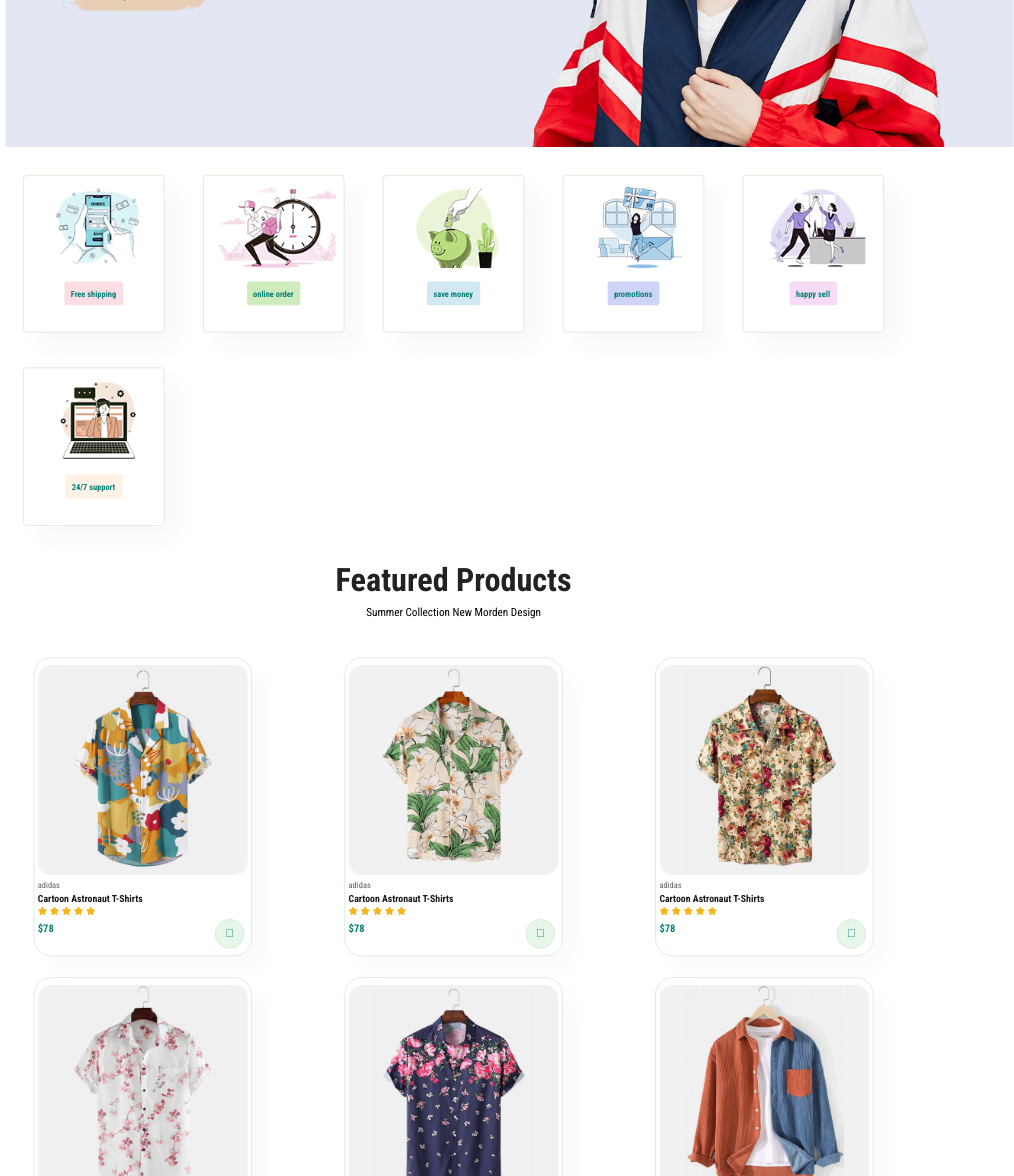
Repository: nhutduy-1905/web_coban
Page: src/index/index.html
The author's editor kept a copy of each file at every save. The page is drawn from the files as they stood at one save, then again after the next save.
The browser window is 1280 px wide. The page is 1448 px wide, so the pictures cover 1448 px, including what lies to the right of the window. The pictures show the part of the page from y = 530 to 2210 px (the page is 3827 px tall before and 3785 px after), at 70% of full size.

Above is the page before, as saved 2024-11-19 21:56:25.

### src/index/index.html
<!DOCTYPE html>
<html lang="en">
<!-- Khai báo định dạng tài liệu HTML và ngôn ngữ là tiếng Anh -->

<head>
    <meta charset="UTF-8">
    <!-- Thiết lập bộ ký tự của trang là UTF-8 -->
    <meta name="viewport" content="width=device-width, initial-scale=1.0">
    <!-- Điều chỉnh để trang hiển thị tốt trên mọi thiết bị, đặc biệt là thiết bị di động -->
    <link rel="stylesheet" href="../benefit/benefit.css">
    <link rel="stylesheet" href="../index/main.css">
    <link rel="stylesheet" href="../product/product.css">
    <link rel="stylesheet" href="../product/item.css">
    <link rel="preconnect" href="https://fonts.googleapis.com">
    <link rel="preconnect" href="https://fonts.gstatic.com" crossorigin>
     <!-- link sao -->
    <link rel="preconnect" href="https://fonts.googleapis.com">
<link rel="preconnect" href="https://fonts.gstatic.com" crossorigin>
<link href="https://fonts.googleapis.com/css2?family=Roboto+Condensed:ital,wght@0,100..900;1,100..900&family=Roboto:ital,wght@0,100;0,300;0,400;0,500;0,700;0,900;1,100;1,300;1,400;1,500;1,700;1,900&display=swap" rel="stylesheet">
     <link rel="stylesheet" href="product.css">
     <!-- link giỏ hàng -->
     <link rel="stylesheet" href="https://pro.fontawesome.com/releases/v5.15.4/css/all.css">
    <title>Super Value Deals</title>
    <!-- Tiêu đề của trang web hiển thị trên tab của trình duyệt -->
</head>

<body>

    <section id="header">
        <a href="#"><img src="../../images/logo.png" class="logo" alt="Logo"></a>
        <div>
            <div id="nvbar">
                <div class="active">Home</div>
                <div>Shop</div>
                <div>Blog</div>
                <div>About</div>
                <div>Contact</div>
                <div>
                    <img src = "../../shopping-bag.png" alt = "Logo" style="width: 25px";>
                </div>
            </div>
        </div>
    </section>
    <Section id ="hero">
        <h4>Trade-in-offer</h4>
        <h2>Super value deals</h2>
        <h1>On all Products</h1>
        <p>save more with coupons & up to 70% off!</p>
        <button>Shop now</button>
    </Section>


    <section id ="featured">
        <div class = "fe-box">
            <img  class = "magic-1"src = "../../images/features/f1.png" alt ="">
            <h6>Free shipping</h6>
        </div>
        <div class = "fe-box">
            <img src = "../../images/features/f2.png" alt ="">
            <h6>online order</h6>
        </div>
        <div class = "fe-box">
            <img src = "../../images/features/f3.png" alt ="">
            <h6>save money</h6>
        </div>
        <div class = "fe-box">
            <img src = "../../images/features/f4.png" alt ="">
            <h6>promotions</h6>
        </div>
        <div class = "fe-box">
            <img src = "../../images/features/f5.png" alt ="">
            <h6>happy sell</h6>
        </div>
        <div class = "fe-box">
            <img  class = "magic-2" src = "../../images/features/f6.png" alt ="">
            <h6>24/7 support</h6>
        </div>
    </section>

    <section id ="product1" class = "section-p1">
        <h2>Featured Products</h2>
        <p>Summer Collection New Morden Design</p>
        <div class ="pro-container">
            <div class ="pro">
                <img src ="../../images/products/f1.jpg" alt ="">
                <div class ="des">
                    <span>adidas</span>
                    <h5> Cartoon Astronaut T-Shirts</h5>
                    <div class ="star">
                        <i class="fas fa-star"></i>
                        <i class="fas fa-star"></i>
                        <i class="fas fa-star"></i>
                        <i class="fas fa-star"></i>
                        <i class="fas fa-star"></i>
                    </div>
                    <h4>$78</h4>
                </div>
                   <a href ="#"><i class="fal fa-shopping-cart cart"></i></a>
            </div>
            <div class ="pro">
                <img src ="../../images/products/f2.jpg" alt ="">
                <div class ="des">
                    <span>adidas</span>
                    <h5> Cartoon Astronaut T-Shirts</h5>
                    <div class ="star">
                        <i class="fas fa-star"></i>
                        <i class="fas fa-star"></i>
                        <i class="fas fa-star"></i>
                        <i class="fas fa-star"></i>
                        <i class="fas fa-star"></i>
                    </div>
                    <h4>$78</h4>
                </div>
                   <a href ="#"><i class="fal fa-shopping-cart cart"></i></a>
            </div>
            <div class ="pro">
                <img src ="../../images/products/f3.jpg" alt ="">
                <div class ="des">
                    <span>adidas</span>
                    <h5> Cartoon Astronaut T-Shirts</h5>
                    <div class ="star">
                        <i class="fas fa-star"></i>
                        <i class="fas fa-star"></i>
                        <i class="fas fa-star"></i>
                        <i class="fas fa-star"></i>
                        <i class="fas fa-star"></i>
                    </div>
                    <h4>$78</h4>
                </div>
                   <a href ="#"><i class="fal fa-shopping-cart cart"></i></a>
            </div>
            <div class ="pro">
                <img src ="../../images/products/f4.jpg" alt ="">
                <div class ="des">
                    <span>adidas</span>
                    <h5> Cartoon Astronaut T-Shirts</h5>
                    <div class ="star">
                        <i class="fas fa-star"></i>
                        <i class="fas fa-star"></i>
                        <i class="fas fa-star"></i>
                        <i class="fas fa-star"></i>
                        <i class="fas fa-star"></i>
                    </div>
                    <h4>$78</h4>
                </div>
                   <a href ="#"><i class="fal fa-shopping-cart cart"></i></a>
            </div>
            <div class ="pro">
                <img src ="../../images/products/f5.jpg" alt ="">
                <div class ="des">
                    <span>adidas</span>
                    <h5> Cartoon Astronaut T-Shirts</h5>
                    <div class ="star">
                        <i class="fas fa-star"></i>
                        <i class="fas fa-star"></i>
                        <i class="fas fa-star"></i>
                        <i class="fas fa-star"></i>
                        <i class="fas fa-star"></i>
                    </div>
                    <h4>$78</h4>
                </div>
                   <a href ="#"><i class="fal fa-shopping-cart cart"></i></a>
            </div>
            <div class ="pro">
                <img src ="../../images/products/f6.jpg" alt ="">
                <div class ="des">
                    <span>adidas</span>
                    <h5> Cartoon Astronaut T-Shirts</h5>
                    <div class ="star">
                        <i class="fas fa-star"></i>
                        <i class="fas fa-star"></i>
                        <i class="fas fa-star"></i>
                        <i class="fas fa-star"></i>
                        <i class="fas fa-star"></i>
                    </div>
                    <h4>$78</h4>
                </div>
                   <a href ="#"><i class="fal fa-shopping-cart cart"></i></a>
            </div>
            <div class ="pro">
                <img src ="../../images/products/f7.jpg" alt ="">
                <div class ="des">
                    <span>adidas</span>
                    <h5> Cartoon Astronaut T-Shirts</h5>
                    <div class ="star">
                        <i class="fas fa-star"></i>
                        <i class="fas fa-star"></i>
                        <i class="fas fa-star"></i>
                        <i class="fas fa-star"></i>
                        <i class="fas fa-star"></i>
                    </div>
                    <h4>$78</h4>
                </div>
                   <a href ="#"><i class="fal fa-shopping-cart cart"></i></a>
            </div>
            <div class ="pro">
                <img src ="../../images/products/f8.jpg" alt ="">
                <div class ="des">
                    <span>adidas</span>
                    <h5> Cartoon Astronaut T-Shirts</h5>
                    <div class ="star">
                        <i class="fas fa-star"></i>
                        <i class="fas fa-star"></i>
                        <i class="fas fa-star"></i>
                        <i class="fas fa-star"></i>
                        <i class="fas fa-star"></i>
                    </div>
                    <h4>$78</h4>
                </div>
                   <a href ="#"><i class="fal fa-shopping-cart cart"></i></a>
            </div>
        </div>

    </section>

    <section id = "banner3">
        <div class = "banner-box">
            <h2>SEASONAL SALE </h2>
            <h3>Winter Collection -50% OFF</h3>
        </div>
        <div class = "banner-box banner-box2">
            <h2>NEW FOOTWEAR COLLECTION </h2>
            <h3>Spring/Summer 2024</h3>
        </div>
        <div class = "banner-box banner-box3">
            <h2>T-SHIRTS</h2>
            <h3>New Trendy Prints</h3>
        </div>
     </section>
     <section id = "newsletter">
        <div class = "newtest">
            <h4>Sign Up For Newsletters</h4>
            <p>Get E-mail upadtes about us latest shop and <span>special offers.</span></p>
        </div>
        <div class = "form">
            <input type= "text" placeholder ="Your email address">
            <button class = "normal">Sign Up</button>
        </div>
     </section>

     <footer class ="section-p1">
        <div class = "col">
            <img  class = "logo" src = "../../images/logo.png" alt ="">
            <h4>Contact</h4>
            <p><strong><i>Address:</strong>Wellington Road,Street 32,San Fancisco</i></p>
            <p><strong><i>Phone: </strong>Wellington Road,Street 32,San Fancisco</i></p>
            <p><strong><i>Hours: </strong>10:00-18:00.Mon-Sat</i></p>
            <div class ="follow us">
                <h4>Follow us</h4>
                <div class = "icon">
                    <i class="fab fa-facebook-f"></i>
                    <i class="fab fa-twitter"></i>
                    <i class="fab fa-instagram"></i>
                    <i class="fab fa-pinterest-p"></i>
                    <i class="fab fa-youtube"></i>
                </div>
            </div>
        </div>

        <div class = "col">
            <h4>About</h4>
            <a href = "#">About us</a>
            <a href = "#">Delivery Information</a>
            <a href = "#">Privacy Policy</a>
            <a href = "#">Terms & Conditions</a>
            <a href = "#">Contact Us</a>
        </div>

        <div class = "col">
            <h4>My Account</h4>
            <a href = "#">Sign In</a>
            <a href = "#">View Cart</a>
            <a href = "#">My Wishlist</a>
            <a href = "#">Track My Order</a>
            <a href = "#">Help</a>
        </div>

        <div class = "col install">
            <h4 class = "col1">Install App</h4>
            <p class = "col2">From App store or Google Play</p>
            <div class ="row">
                <img src = "../../images/pay/app.jpg" alt ="">
                <img src = "../../images/pay/play.jpg" alt = "">
            </div>
            <p>Secured Payment Gateways</p>
            <img src = "../../images/pay/pay.png" alt ="">
        </div>
     </footer>

</body>
</html>

### src/benefit/benefit.css
#featured {
    display: flex;
     /* Tạo container flexbox để sắp xếp các phần tử con */
    align-items: center;
    /* Căn giữa các phần tử con theo chiều dọc (trục y) */
    justify-content: space-between;
    /* Phân phối các phần tử con cách đều nhau theo chiều ngang (trục x) */
    flex-wrap: wrap;
    /* Cho phép các phần tử con xuống dòng khi không đủ không gian */
 }

 #featured .fe-box {
    width: 170px;
    /* Đặt chiều rộng cho mỗi hộp là 120px */
    text-align: center;
    /* Căn giữa nội dung văn bản trong mỗi hộp */
     padding:   10px 15px;
     /* Khoảng đệm bên trong mỗi hộp (15px trên dưới, 10px trái phải) */
    box-shadow: 20px 20px 34px rgba(0, 0, 0, 0.03);
     /* Tạo bóng cho hộp với độ mờ nhẹ */
    border: 1px solid #cce7d0;
    /* Tạo viền màu xanh nhạt cho mỗi hộp */
    border-radius: 5px;
    /* Bo tròn góc của hộp với bán kính 4px */
     margin: 10px;
    /* Tạo khoảng cách ngoài cho mỗi hộp là 15px */
    margin-left:25px;
    margin-top: 40px;
    margin-right: 25px;

 }

 #featured .fe-box:hover {
    box-shadow: 10px 10px 54px rgba(70, 62, 221, 0.1);
    /* Tăng bóng khi di chuột qua hộp */
 }

 #featured .fe-box img {
    width: 100%;
    /* Đặt chiều rộng ảnh bằng 100% của hộp chứa */
    margin-bottom: 10px;
    /* Khoảng cách dưới của ảnh là 10px */
    padding: 5px 5px;
 }

 #featured .fe-box h6 {
   display: inline-block;
     /* Hiển thị tiêu đề h6 dưới dạng khối nội tuyến */
   padding: 12px 10px 10px 9px;
    /* Khoảng đệm bên trong tiêu đề h6 (trên 9px, phải 8px, dưới 6px, trái 8px) */
   line-height: 1;
    /* Chiều cao dòng là 1 */
   border-radius: 4px;
   /* Bo tròn góc của tiêu đề với bán kính 4px */
   color: #088178;
     /* Màu chữ xanh lá cây */
   background-color: #fddde4;
    /* Nền màu hồng nhạt cho tiêu đề */
    margin-top: 0px;

 }

 #featured .fe-box:nth-child(2) h6 {
   background-color: #cdebbc;
   /* Nền màu xanh nhạt cho hộp thứ hai */
 }

 #featured .fe-box:nth-child(3) h6 {
   background-color: #d1e8f2;
    /* Nền màu xanh nhạt cho hộp thứ ba */
 }

 #featured .fe-box:nth-child(4) h6 {
   background-color: #cdd4f8;
   /* Nền màu xanh dương nhạt cho hộp thứ tư */
 }

 #featured .fe-box:nth-child(5) h6 {
   background-color: #f6dbf6;
    /* Nền màu tím nhạt cho hộp thứ năm */
 }

 #featured .fe-box:nth-child(6) h6 {
   background-color: #fff2e5;
   /* Nền màu cam nhạt cho hộp thứ sáu */

 }

### src/index/main.css
h1 {
    font-size: 50px;
    line-height: 64px;
    color: #222;
    margin-bottom: 0;
    margin-top: 0;
}

h2 {
    font-size: 46px;
    line-height: 54px;
    color: #222;
    margin-top: 0;
    margin-bottom: 0;
}

h4 {
    font-size: 30px;
    margin-top: 10px;
    margin-bottom: 10px;
}

h6 {
    font-weight: 700;
    font-size: 12px;
}

p {
    font-size: 16px;

    margin: 15px 0  20px ;
    margin-top: 0px;
}

.section-p1 {
    padding: 40px 40px;
}

.section-m1 {
    margin: 40px 0;
}

body {
    width: 100%;
   font-family: "Roboto Condensed", sans-serif;
}

#header {
    display: flex;
    align-items: center;
    justify-content: space-between;
    padding: 20px 80px;
    background: #E3E6F3;
    box-shadow: 0 5px 15px rgba(0, 0, 0, 0.06);
    z-index: 999;
    position: sticky;
    top: 0;
    left: 0;
}

#nvbar {
    display: flex;
    align-items: center;
    justify-content: center;
}

#nvbar div {
    list-style: none;
    padding: 0 20px;
    text-decoration: none;
    font-size: 16px;
    font-weight: 600;
    color: #1a1a1a;
}

#nvbar div:hover {
    color: #088178;
}

#nvbar .active {
    color: #088178;
}

#nvbar .div .active::after {
    content: "";
    width: 30px;
    height: 2px;
    background-color: #088178;
    position: absolute;
    bottom: -4px;
    left: 20px;
}

#hero {
    background-image: url("../../images/hero4.png");
    height: 90vh;
    width: 100%;
    background-size: cover;
    background-position: top 25% right 0;
    padding: 0 80px;
    display: flex;
    flex-direction: column;
    align-items: flex-start;
    justify-content: center;

}


#hero h1 {
    color: #088178;
    margin-top:-7px;
    font-size: 47px;
}

#hero button {
    background-image: url("../../images/button.png");
    background-color: transparent;
    color: #088178;
    border: 0;
    padding: 14px 80px 14px 65px;
}
#hero h4
{
    color: #1a1a1a;

}

### src/product/product.css
#product1
{
   text-align: center; /* Căn giữa tất cả nội dung văn bản bên trong phần tử #product1 */
}

#product1 .pro-container
{
   display: flex; /* Sử dụng flexbox để bố trí các phần tử con */
   justify-content: space-between; /* Căn đều các phần tử con với khoảng cách đều nhau */
   padding-top: 20px; /* Tạo khoảng cách trên cùng cho phần tử */
   flex-wrap: wrap; /* Cho phép các phần tử con xuống hàng khi không đủ chỗ */
}

#product1 .pro
{
    width: 5%; /* Đặt chiều rộng của mỗi sản phẩm là 5% của khối chứa */
    min-width: 300px; /* Đảm bảo mỗi sản phẩm có chiều rộng tối thiểu là 250px */
    padding: 10px 5px; /* Tạo khoảng cách giữa nội dung bên trong phần tử và viền */
    border: 1px solid #cce7d0; /* Tạo viền mỏng màu #cce7d0 */
    border-radius: 25px; /* Làm tròn góc các viền với bán kính 25px */
    cursor: pointer; /* Thay đổi con trỏ thành hình tay khi di chuột lên */
    box-shadow: 20px 20px 30px rgba(0, 0, 0, 0.02); /* Tạo hiệu ứng đổ bóng nhạt cho phần tử */
    margin: 15px 0; /* Tạo khoảng cách trên và dưới của phần tử */
    transition: 0.2 ease; /* Tạo hiệu ứng chuyển động mượt khi có sự thay đổi */
    position: relative; /* Đặt phần tử ở vị trí tương đối để các phần tử con có thể định vị dựa vào nó */
}

#product1 .pro:hover
{
   box-shadow: 20px 20px 30px rgba(0, 0, 0, 0.06); /* Tăng cường đổ bóng khi người dùng hover chuột lên sản phẩm */
}

#product1 .pro img
{
    width: 100%; /* Hình ảnh chiếm toàn bộ chiều rộng của phần tử chứa */
    border-radius: 20px; /* Làm tròn góc các hình ảnh */
    margin-bottom: -10px;
}

#product1 .pro .des
{
   text-align: start; /* Căn trái văn bản trong mô tả */
   padding: 10px 0; /* Tạo khoảng cách trên và dưới cho phần mô tả */
}

#product1 .pro .des span
{
   color: #606063; /* Đặt màu chữ cho thẻ <span> */
   font-size: 12px; /* Đặt kích thước chữ là 12px */
}

#product1 .pro .des h5
{
   padding-top: 7px; /* Tạo khoảng cách trên cho tiêu đề h5 */
   color: #1a1a1a; /* Đặt màu chữ tối cho tiêu đề h5 */
   font-size: 14px; /* Đặt kích thước chữ là 14px */
   margin-top: -5px;
   margin-bottom: 0px;
   margin-left: 0px;
}

#product1 .pro .des i
{
    font-size: 12px; /* Đặt kích thước chữ cho các biểu tượng sao */
    color: rgb(243, 181, 25); /* Màu vàng cho các biểu tượng sao */
}

#product1 .pro .des h4
{
   padding-top: 7px; /* Tạo khoảng cách trên cho thẻ h4 */
   font-size: 15px; /* Đặt kích thước chữ là 15px */
   font-weight: 700; /* Đặt độ đậm của chữ là 700 (bold) */
   color:#088178; /* Đặt màu xanh lá cho giá sản phẩm */
   margin-top: 0px;
}

#product1 .pro .cart
{
  width: 40px; /* Đặt chiều rộng của biểu tượng giỏ hàng */
  height: 40px; /* Đặt chiều cao của biểu tượng giỏ hàng */
  line-height: 40px; /* Canh giữa biểu tượng giỏ hàng theo chiều dọc */
  border-radius: 50px; /* Làm tròn biểu tượng giỏ hàng thành hình tròn */
  background-color: #e8f6ea; /* Đặt màu nền xanh nhạt cho giỏ hàng */
  font-weight: 500; /* Đặt độ đậm của chữ trong giỏ hàng là 500 */
  color:#088178; /* Màu chữ xanh lá cho biểu tượng giỏ hàng */
  border: 1px solid #cce7d0; /* Tạo viền mỏng màu xanh nhạt cho giỏ hàng */
  position: absolute; /* Đặt biểu tượng giỏ hàng ở vị trí tuyệt đối trong phần tử cha */
  bottom:20px; /* Đặt biểu tượng cách đáy 20px */
  right: 10px; /* Đặt biểu tượng cách phải 10px */
  margin-bottom:-10px;
}
h2
{
   margin-bottom: 10px;
}

Loaded but not shown: src/product/item.css (198 lines, source omitted)

After the next save:
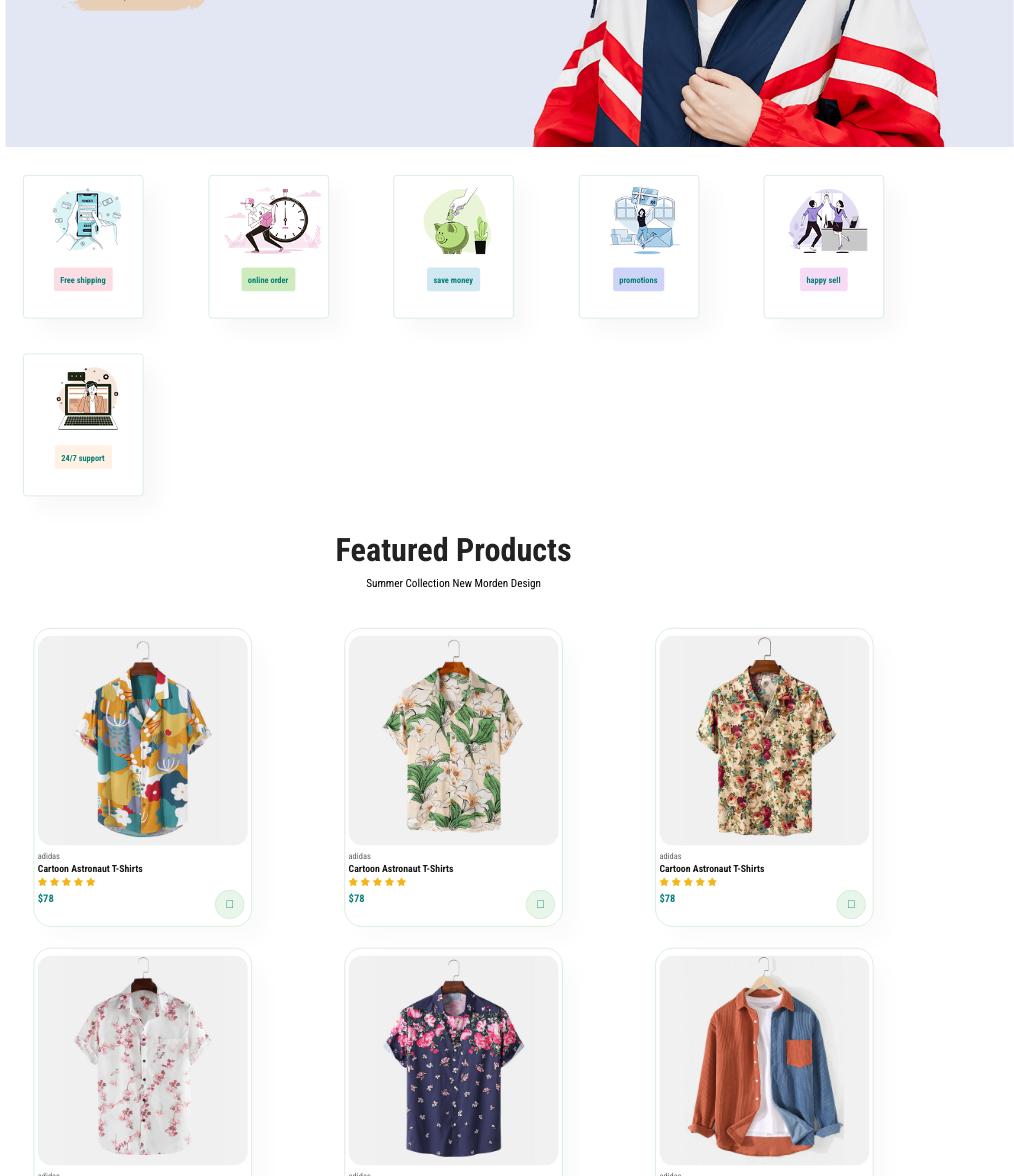
Saved 29 s later.
--- a/src/benefit/benefit.css
+++ b/src/benefit/benefit.css
@@ -10,7 +10,7 @@
  }
 
  #featured .fe-box {
-    width: 170px;
+    width: 140px;
     /* Đặt chiều rộng cho mỗi hộp là 120px */
     text-align: center;
     /* Căn giữa nội dung văn bản trong mỗi hộp */
